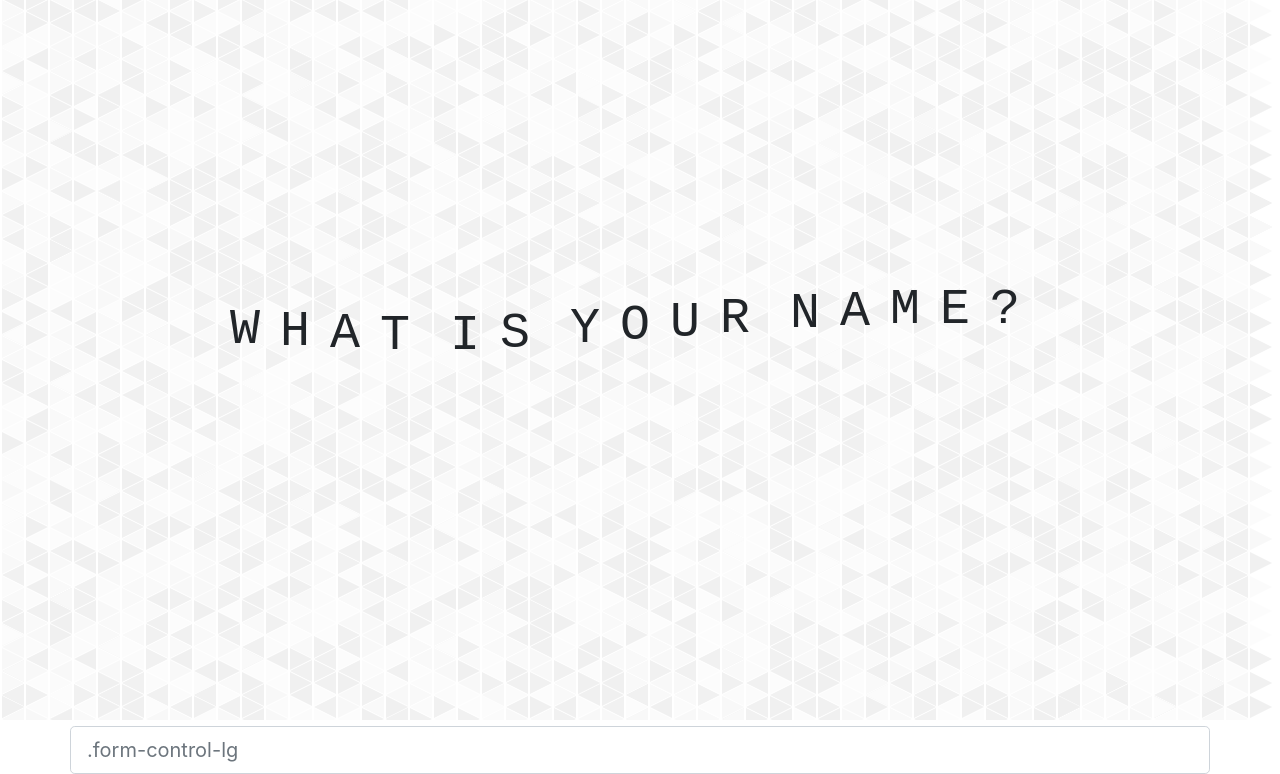
Repository: Aaquib111/Aaquib111.github.io
Page: index.html
The author's editor kept a copy of each file at every save. The page is drawn from the files as they stood at one save, then again after the next save.
The browser window is 1280 px wide. The pictures show the whole page.

Above is the page before, as saved 2021-05-12 21:37:54.

After the next save:
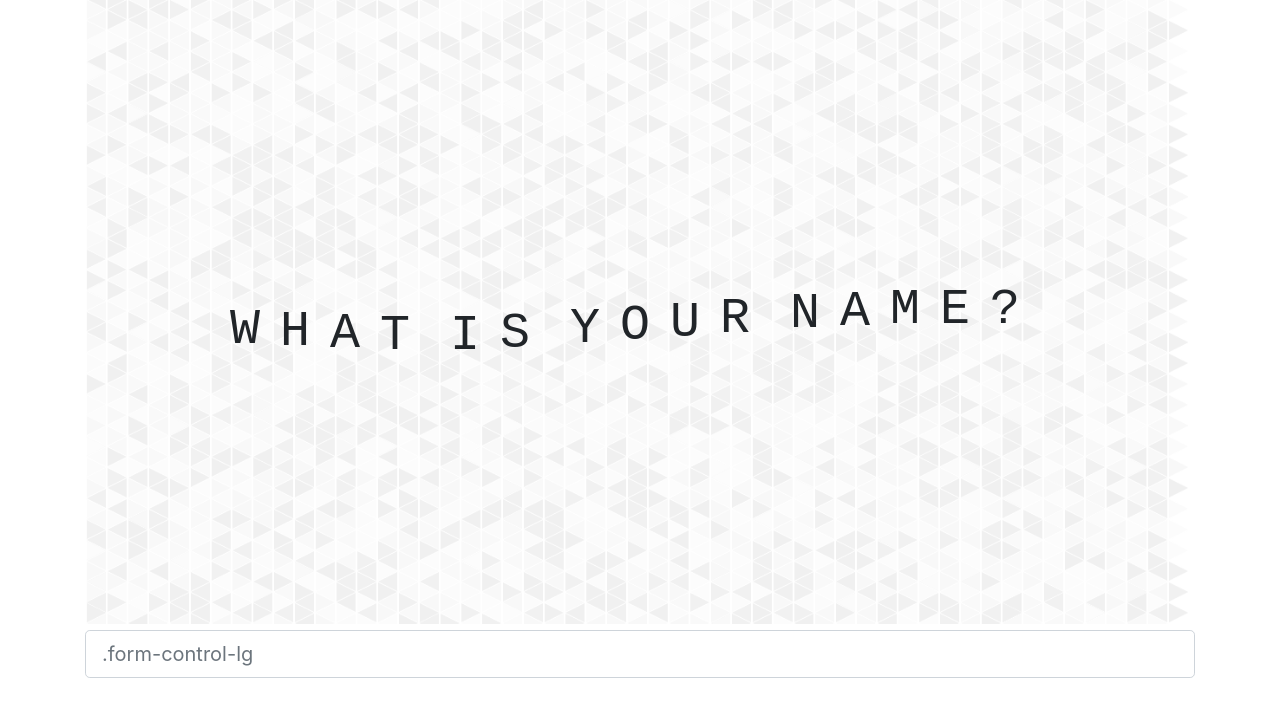
Saved 39 s later.
--- a/index.html
+++ b/index.html
@@ -7,7 +7,8 @@
         <link rel="stylesheet" href="https://maxcdn.bootstrapcdn.com/bootstrap/4.0.0/css/bootstrap.min.css" integrity="sha384-Gn5384xqQ1aoWXA+058RXPxPg6fy4IWvTNh0E263XmFcJlSAwiGgFAW/dAiS6JXm" crossorigin="anonymous">
     </head>
     <body>
-         <canvas id="canvas" width=""></canvas>
+        <div class="container">
+        <canvas id="canvas" width=""></canvas>
 
         <div id="inputs">
         Text <input type="text" placeholder="What is your name?" value="What is your name?" id="texty"><br>
@@ -22,7 +23,7 @@
                 <input class="form-control form-control-lg" type="text" placeholder=".form-control-lg">
             </div>
         </div>
-
+    </div>
 
        <script src="js\background.js"></script>
     </body>

After the 2 saves that followed:
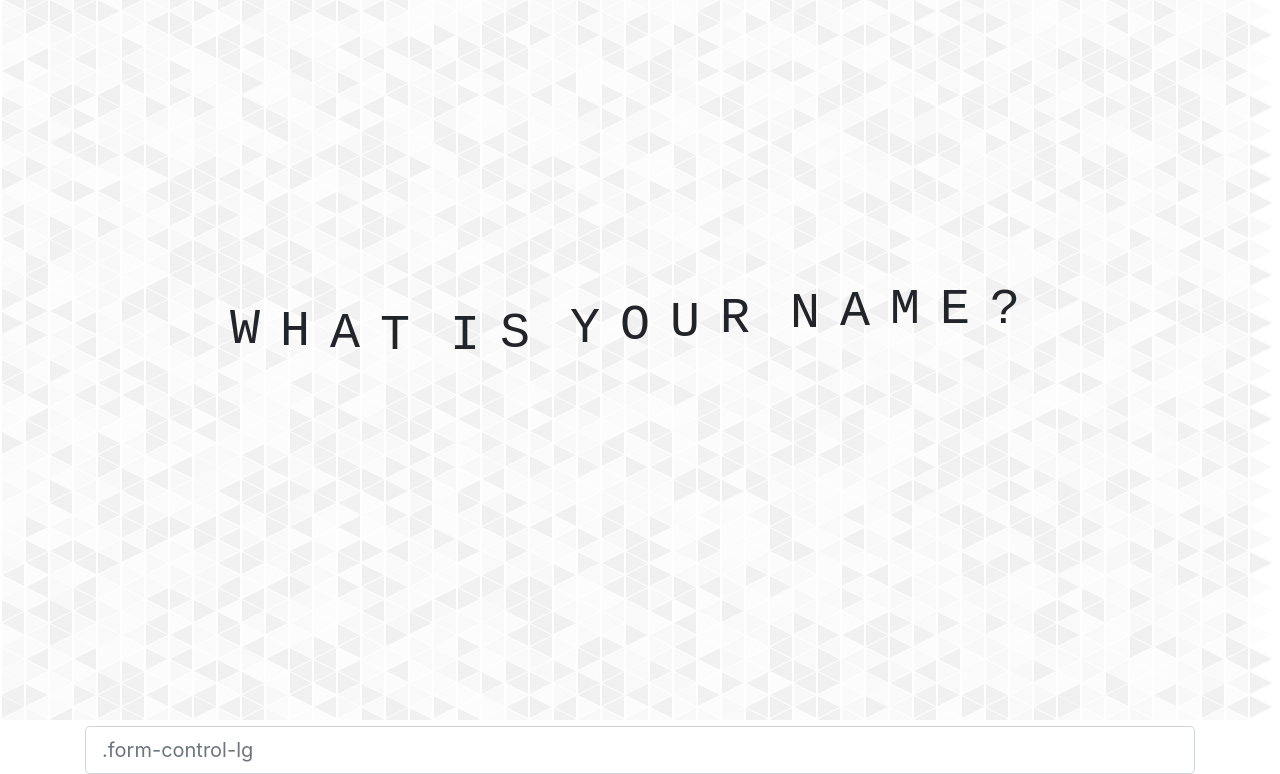
The 2 saves are shown as one change because they came seconds apart.
The last was saved 16 s later.
--- a/index.html
+++ b/index.html
@@ -7,9 +7,9 @@
         <link rel="stylesheet" href="https://maxcdn.bootstrapcdn.com/bootstrap/4.0.0/css/bootstrap.min.css" integrity="sha384-Gn5384xqQ1aoWXA+058RXPxPg6fy4IWvTNh0E263XmFcJlSAwiGgFAW/dAiS6JXm" crossorigin="anonymous">
     </head>
     <body>
+
+        <canvas id="canvas" width=""></canvas>
         <div class="container">
-        <canvas id="canvas" width=""></canvas>
-
         <div id="inputs">
         Text <input type="text" placeholder="What is your name?" value="What is your name?" id="texty"><br>
         Speed <input type="number" id="omegset" step="0.1" value="1.8"><br>
